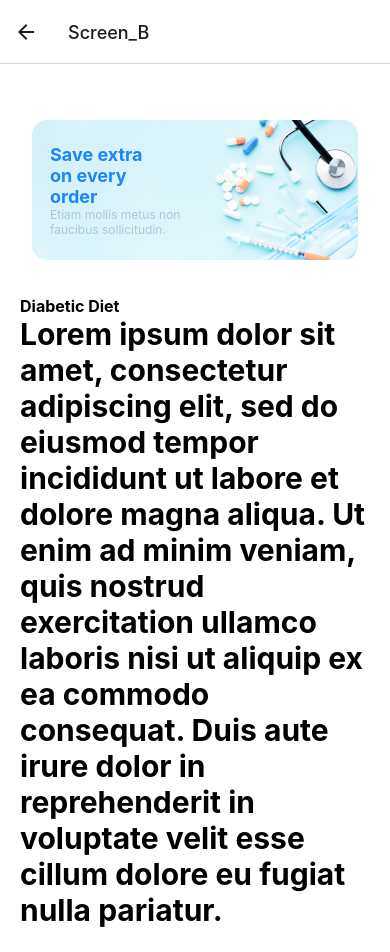
Repository: ntu34543/designReactNative
Screen: /Screen_B
These files come from the project's save history. The screen is drawn as it stood at one moment and after a run of saves; the edit follows.
An inner scrolling area shows only its first screen. The app was drawn by React Native's web renderer in a window 390 px wide. The project was rebuilt for these pictures with package versions that can differ from the ones it lists, and the page was loaded fresh each time. Some packages were replaced by stand-ins written for this rebuild.

Above is the screen before, as saved 2022-10-21 14:37:57.

### App.js
import { StatusBar } from "expo-status-bar";
import { StyleSheet, Text, View, Pressable, TabBarIOSItem } from "react-native";
import { NavigationContainer } from "@react-navigation/native";
import { createStackNavigator } from "@react-navigation/stack";
import ScreenA from "./page/Home";
import ScreenB from "./page/DiabetesCare";
import FontAwesome5 from "react-native-vector-icons/FontAwesome5";

const Stack = createStackNavigator();
const Tab = createStackNavigator();
export default function App() {
  return (
    <NavigationContainer>
      <Tab.Navigator
        // screenOptions={{ header: () => null }}
        screenOptions={({ route }) => ({
          tabBarIcon: ({ focused, size, color }) => {
            let iconName;
            if (route.name === "Screen_A") {
              iconName = "autoprefixer";
              size = focused ? 25 : 20;
              // color = focused ? "#f0f" : "#555";
            } else if (route.name === "Screen_B") {
              iconName = "btc";
              size = focused ? 25 : 20;
              // color = focused ? "#f0f" : "#555";
            }
            return <FontAwesome5 name={iconName} size={size} color={color} />;
          },
        })}
        tabBarOptions={{
          activeTintColor: "#f0f",
          inactiveTintColor: "#555",
          inactiveBackgroundColor: "#999",
          showLabel: true,
          labelStyle: { fontSize: 14 },
        }}
      >
        <Tab.Screen
          name="Screen_A"
          component={ScreenA}
          options={{ tabBarBadge: 3 }}
        />
        {/* options={{header: () => null}} */}
        <Tab.Screen name="Screen_B" component={ScreenB} />
      </Tab.Navigator>
    </NavigationContainer>
  );
}

### page/Home.js
import { StatusBar } from "expo-status-bar";
import { StyleSheet, Text, View, Pressable } from "react-native";

export default function ScreenA({ navigation }) {
  const onPressHandler = () => {
    navigation.navigate("Screen_B");
    // navigation.replace("Screen_B");
  };
  return (
    <View style={styles.body}>
      <Text style={styles.text}>Screen A</Text>
      <Pressable
        onPress={onPressHandler}
        style={({ pressed }) => ({
          backgroundColor: pressed ? "#ddd" : "#0f0",
        })}
      >
        <Text style={styles.text}>Go to the Screen B</Text>
      </Pressable>
    </View>
  );
}

const styles = StyleSheet.create({
  body: {
    flex: 1,
    justifyContent: "center",
    alignItems: "center",
  },
  text: {
    fontSize: 30,
    fontWeight: "bold",
  },
});

### page/DiabetesCare.js
import { StatusBar } from "expo-status-bar";
import { StyleSheet, Text, View, Pressable, Image, ScrollView } from "react-native";

export default function ScreenB({ navigation }) {
  const onPressHandler = () => {
    navigation.navigate("Screen_A");
    // navigation.goBack();
  };
  return (
    <View style={styles.body}>
      <View style={styles.banner}>
        <View style={styles.imgHeader}>
          <Image
            style={styles.image}
            source={require("../assets/img/banner.png")}
          />
        </View>
        <View style={styles.title}>
          <Text style={styles.title1}>Save extra on every order</Text>
          <Text style={styles.title2}>
            Etiam mollis metus non faucibus sollicitudin.{" "}
          </Text>
        </View>
      </View>
      <View style={styles.topPro}>
        <Text style={styles.title3}>Diabetic Diet</Text>
        <ScrollView style={styles.scrollView}>
          <Text style={styles.text}>
            Lorem ipsum dolor sit amet, consectetur adipiscing elit, sed do
            eiusmod tempor incididunt ut labore et dolore magna aliqua. Ut enim
            ad minim veniam, quis nostrud exercitation ullamco laboris nisi ut
            aliquip ex ea commodo consequat. Duis aute irure dolor in
            reprehenderit in voluptate velit esse cillum dolore eu fugiat nulla
            pariatur. Excepteur sint occaecat cupidatat non proident, sunt in
            culpa qui officia deserunt mollit anim id est laborum.
          </Text>
        </ScrollView>
      </View>
    </View>
  );
}

const styles = StyleSheet.create({
  body: {
    flex: 1,
    backgroundColor: "white",
    padding: 20,
  },
  text: {
    fontSize: 30,
    fontWeight: "bold",
  },
  banner: {
    justifyContent: "center",
    alignItems: "center",
    // marginTop: 100,
    flex: 1,
  },
  imgHeader: {
    position: "absolute",
  },
  title: {
    position: "absolute",
    paddingRight: 120,
  },
  title1: {
    color: "#1987FB",
    fontSize: 18,
    width: 110,
    fontWeight: "bold",
  },
  title2: {
    fontSize: 12,
    width: 170,
    fontWeight: "light",
    color: "#b0c4d4",
  },
  image: {
    borderRadius: 15,
  },
  topPro: {
    flex: 3,
  },
  title3: {
    position: "relative",
    fontSize: 16,
    fontWeight: "bold",
  },
});

After the next 2 saves:
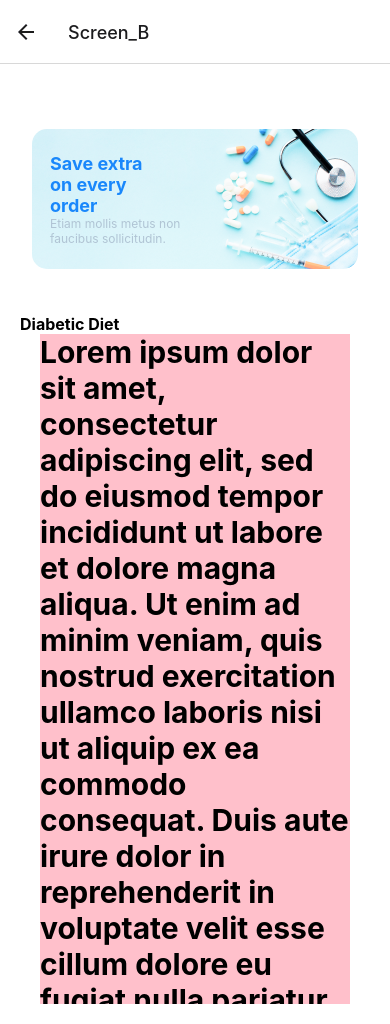
The 2 saves are shown as one change because 1 did not build or start.
The last was saved 32 s later.
--- a/page/DiabetesCare.js
+++ b/page/DiabetesCare.js
@@ -86,4 +86,8 @@ const styles = StyleSheet.create({
     fontSize: 16,
     fontWeight: "bold",
   },
+  scrollView: {
+    backgroundColor: 'pink',
+    marginHorizontal: 20,
+  },
 });
